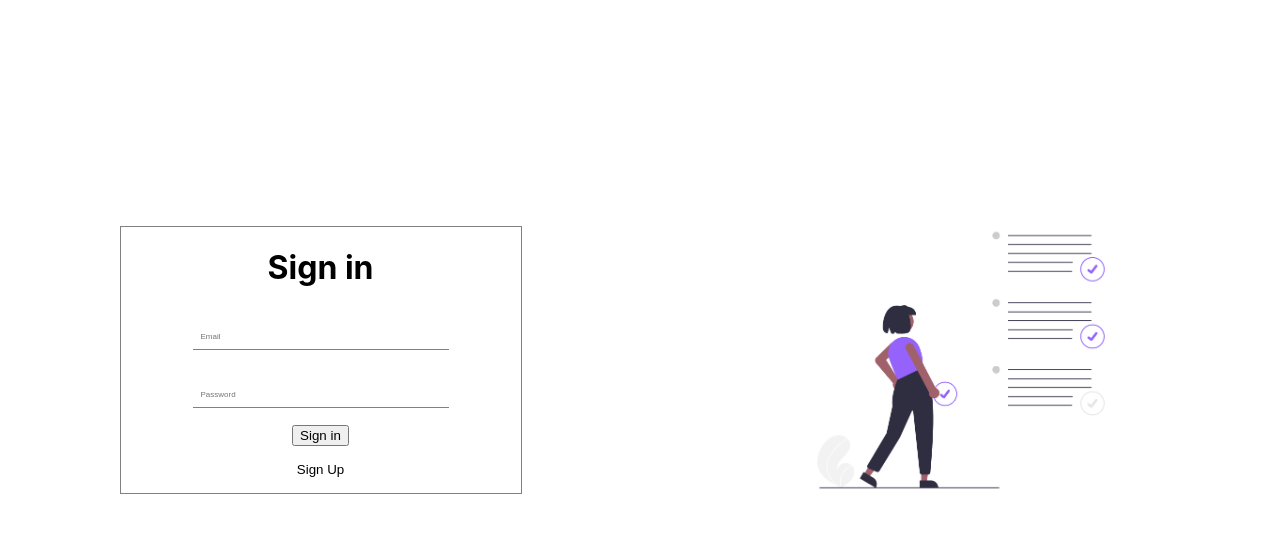
Repository: EEOOOO/wanted-pre-onboarding-fe
Page: / (app in to-do-list-app/)
An editor plug-in stored every save of this project. The page is shown before and after the next save, followed by the edit.
The browser window is 1280 px wide. The pictures show the whole page.
The project was rebuilt for these pictures with package versions that can differ from the ones it lists, and the page was loaded fresh each time. Also part of the build but not shown: to-do-list-app/src/components/sign_up/sign_up.module.css, to-do-list-app/src/components/sign_up/sign_up.jsx, to-do-list-app/src/components/todoList/todo_list.jsx.

Above is the page before, as saved 2022-08-22 00:10:06.

### to-do-list-app/public/index.html
<!DOCTYPE html>
<html lang="en">
  <head>
    <meta charset="utf-8" />
    <link rel="icon" href="%PUBLIC_URL%/logo.png" />
    <meta name="viewport" content="width=device-width, initial-scale=1" />
    <meta name="theme-color" content="#000000" />
    <meta
      name="description"
      content="Web site created using create-react-app"
    />
    <link rel="apple-touch-icon" href="%PUBLIC_URL%/logo.png" />
    <link rel="manifest" href="%PUBLIC_URL%/manifest.json" />
    <title>Todo List App</title>
  </head>
  <body>
    <div id="root"></div>
  </body>
</html>

### to-do-list-app/src/App.js
import style from './app.module.css';
import { Routes, Route } from 'react-router-dom'
import Login from './components/login/login';
import TodoList from './components/todoList/todo_list';

function App() {
  return <div className={style.App}>
    <Routes>
      <Route path="/" element={<Login/>}></Route>
      <Route path="todo" element={<TodoList/>}></Route>
    </Routes>
  </div>
}

export default App;

### to-do-list-app/src/components/login/login.jsx
import React, { useState } from 'react';
import SignIn from '../sign_in/sign_in';
import SignUp from '../sign_up/sign_up';
import style from '../login/login.module.css';
import loginImage from '../login/login_img.png';

const Login = (props) => {
    const goTosignUp = () => {
        setViewableScreen(<SignUp/>)
    }
    const signIn = <SignIn goToSignUp={goTosignUp}/>
    let [viewableScreen, setViewableScreen] = useState(signIn);
    return (
        <div className={style.login}>
            <div className={style.inputContainer}>{viewableScreen}</div>
            <img src={loginImage} className={style.coverImage}/>
        </div>
    )
}

export default Login;

### to-do-list-app/src/components/sign_in/sign_in.jsx
import React from 'react';
import LoginInputForm from '../login_input_form/login_input_form';
import style from '../sign_in/sign_in.module.css'

const SignIn = ({goToSignUp}) => {
    const handleSignInSubmit = (event) => {
        //event.preventDefault();
        console.log(event);
    }
    return(
        <div className={style.signIn}>
            <h1>Sign in</h1>
            <LoginInputForm handleSubmit={handleSignInSubmit} submitContent={'Sign in'}/>
            <button className={style.signUp} onClick={goToSignUp}>Sign Up</button>
        </div>
    )
}

export default SignIn;

### to-do-list-app/src/components/login/login.module.css
.login {
  display: flex;
  height: 100vh;
  justify-content: space-around;
  align-items: center;
}
.inputContainer {
  width: 50%;
  border: 1px solid gray;
  min-width: 235px;
  max-width: 400px;
}
.coverImage {
  width: 50%;
  min-width: 235px;
  max-width: 400px;
}

### to-do-list-app/src/components/login_input_form/login_input_form.jsx
import React from 'react';
import style from '../login_input_form/login_input_form.module.css';
const LoginInputForm = ({handleSubmit, submitContent}) => {
    return (
    <form className={style.inputForm} onSubmit={handleSubmit}>
        <div className={style.email}>
            <input
            type="text"
            className={style.inputEmail}
            placeholder='Email'></input>
        </div>
        <div className={style.password}>
            <input
            type="text"
            className={style.inputPassWord}
            placeholder='Password'></input>
        </div>
        <button type="submit" className={style.submitButton}>{submitContent}</button>
    </form>
    );
};

export default LoginInputForm;

### to-do-list-app/src/components/sign_in/sign_in.module.css
.signUp {
  background-color: transparent;
  border: none;
  padding: 1rem;
}

### to-do-list-app/src/components/login_input_form/login_input_form.module.css
.email,
.password {
  display: flex;
  flex-direction: column;
  align-items: center;
}
input {
  width: 60%;
  font-size: 0.5rem;
  padding: 0.5rem;
  margin: 1rem;
  border: none;
  border-bottom: 0.5px solid gray;
}

Loaded but not shown: to-do-list-app/src/index.js (common file); to-do-list-app/src/index.css (common file); to-do-list-app/src/reportWebVitals.js (common file); to-do-list-app/src/app.module.css (common file)

After the next save:
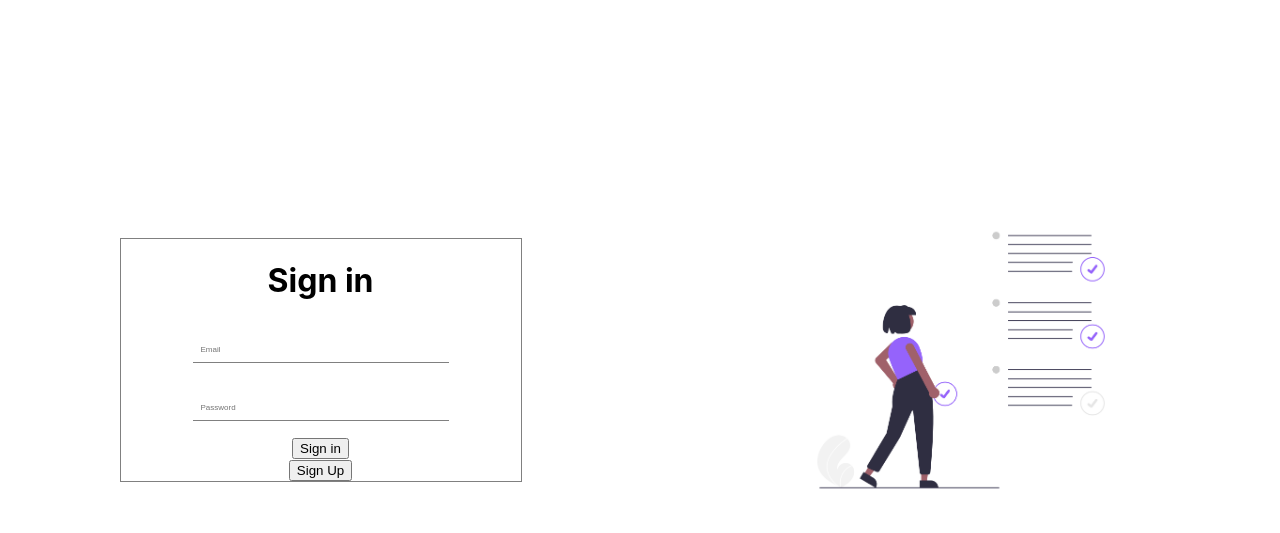
Saved 22 s later.
--- a/to-do-list-app/src/components/sign_in/sign_in.module.css
+++ b/to-do-list-app/src/components/sign_in/sign_in.module.css
@@ -1,4 +1,6 @@
-.signUp {
+.signIn {
+}
+.signUpButton {
   background-color: transparent;
   border: none;
   padding: 1rem;

After the save that followed:
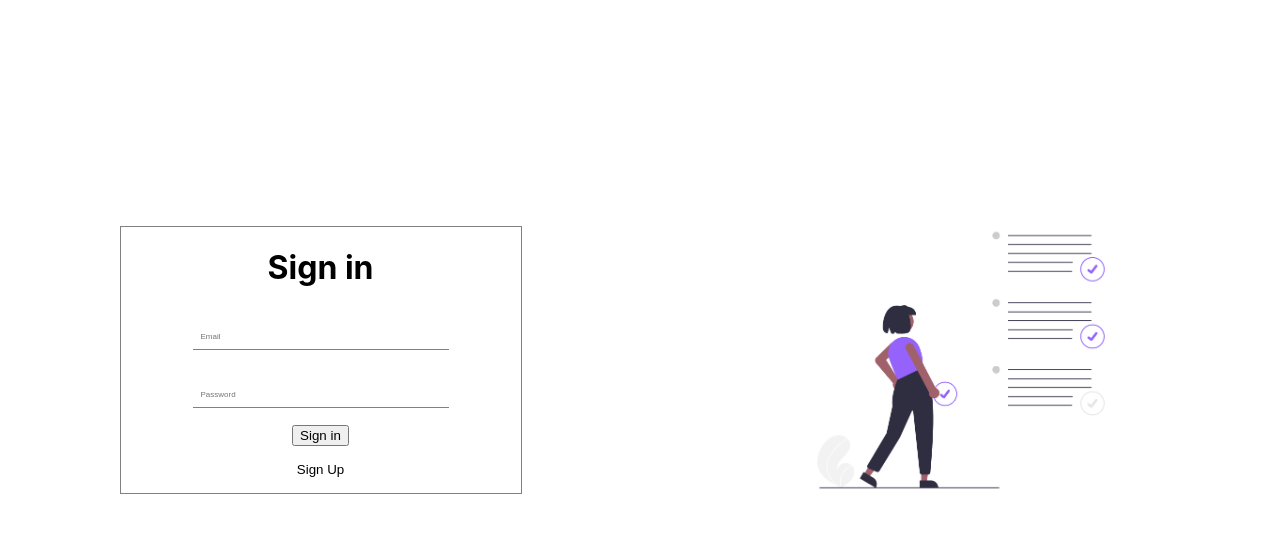
Saved 6 s later.
--- a/to-do-list-app/src/components/sign_in/sign_in.jsx
+++ b/to-do-list-app/src/components/sign_in/sign_in.jsx
@@ -11,7 +11,7 @@ const SignIn = ({goToSignUp}) => {
         <div className={style.signIn}>
             <h1>Sign in</h1>
             <LoginInputForm handleSubmit={handleSignInSubmit} submitContent={'Sign in'}/>
-            <button className={style.signUp} onClick={goToSignUp}>Sign Up</button>
+            <button className={style.signUpButton} onClick={goToSignUp}>Sign Up</button>
         </div>
     )
 }
